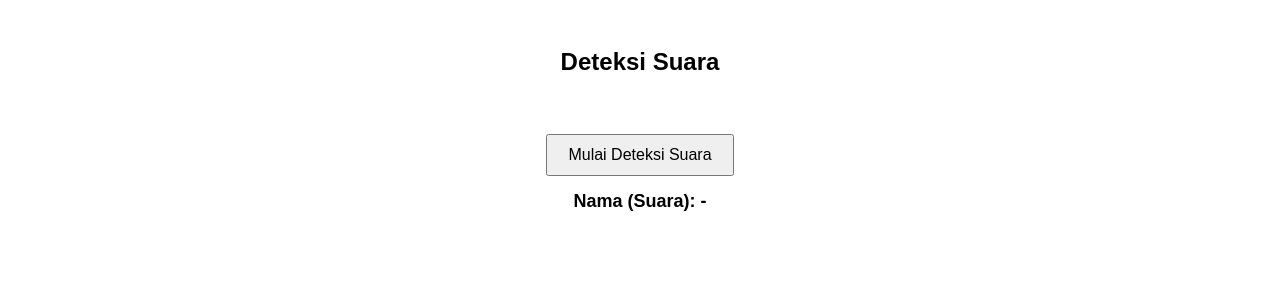
Repository: RalfyBawinto/working-teachable-machine
Page: model2.html
The author's editor kept a copy of each file at every save. The page is drawn from the files as they stood at one save, then again after the next save.
The browser window is 1280 px wide. The pictures show the whole page.

Above is the page before, as saved 2025-04-22 00:31:42.

### model2.html
<!DOCTYPE html>
<html lang="id">
  <head>
    <meta charset="UTF-8" />
    <meta name="viewport" content="width=device-width, initial-scale=1.0" />
    <title>Deteksi Suara</title>
    <style>
      body {
        font-family: Arial, sans-serif;
        text-align: center;
        padding: 20px;
      }
      .output {
        margin-top: 15px;
        font-size: 18px;
        font-weight: bold;
      }
      button {
        margin-top: 20px;
        padding: 10px 20px;
        font-size: 16px;
      }
    </style>
  </head>
  <body>
    <h2>Deteksi Suara</h2>

    <br />
    <button onclick="startAudioDetection()">Mulai Deteksi Suara</button>

    <div class="output" id="voice-output">Nama (Suara): -</div>

    <!-- TensorFlow.js -->
    <script src="https://cdn.jsdelivr.net/npm/@tensorflow/tfjs@3.21.0/dist/tf.min.js"></script>
    <script src="https://cdn.jsdelivr.net/npm/@teachablemachine/audio@0.8/dist/teachablemachine-audio.min.js"></script>

    <script>
      const voiceModelURL =
        "https://teachablemachine.withgoogle.com/models/S6mA-uAt0/";

      let audioModel;

      async function startAudioDetection() {
        try {
          // Memuat model suara yang baru
          audioModel = await tmAudio.load(
            voiceModelURL + "model.json",
            voiceModelURL + "metadata.json"
          );

          // Jalankan deteksi suara
          predictVoice();
        } catch (err) {
          console.error("Error:", err);
          alert("Gagal memuat model suara atau mikrofon tidak tersedia.");
        }
      }

      async function predictVoice() {
        try {
          await audioModel.listen(
            async () => {
              const prediction = await audioModel.predict();
              const highest = prediction.reduce(
                (max, p) => (p.probability > max.probability ? p : max),
                { probability: 0 }
              );
              document.getElementById(
                "voice-output"
              ).innerText = `Nama (Suara): ${highest.className} (${(
                highest.probability * 100
              ).toFixed(1)}%)`;
            },
            {
              probabilityThreshold: 0.85,
              overlapFactor: 0.5,
            }
          );
        } catch (err) {
          console.error("Gagal mendengarkan suara:", err);
          alert("Tidak dapat mengakses mikrofon atau memulai deteksi suara.");
        }
      }
    </script>
  </body>
</html>

After the next save:
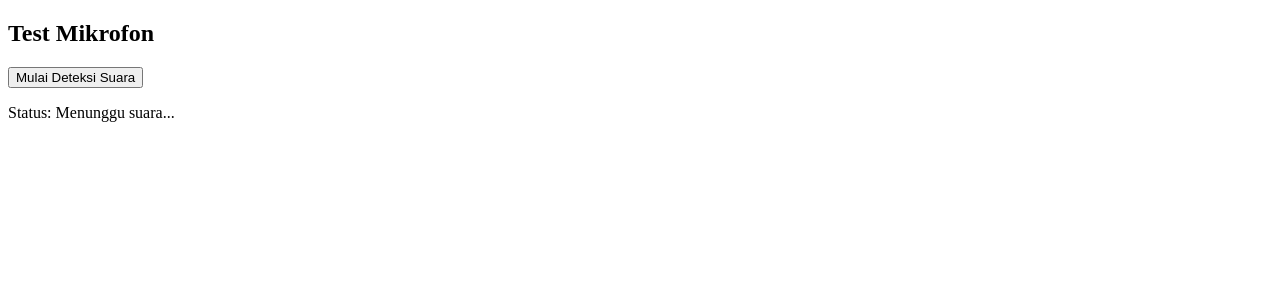
Saved 2 min 48 s later.
--- a/model2.html
+++ b/model2.html
@@ -3,82 +3,32 @@
   <head>
     <meta charset="UTF-8" />
     <meta name="viewport" content="width=device-width, initial-scale=1.0" />
-    <title>Deteksi Suara</title>
-    <style>
-      body {
-        font-family: Arial, sans-serif;
-        text-align: center;
-        padding: 20px;
-      }
-      .output {
-        margin-top: 15px;
-        font-size: 18px;
-        font-weight: bold;
-      }
-      button {
-        margin-top: 20px;
-        padding: 10px 20px;
-        font-size: 16px;
-      }
-    </style>
+    <title>Test Mikrofon</title>
   </head>
   <body>
-    <h2>Deteksi Suara</h2>
-
-    <br />
-    <button onclick="startAudioDetection()">Mulai Deteksi Suara</button>
-
-    <div class="output" id="voice-output">Nama (Suara): -</div>
-
-    <!-- TensorFlow.js -->
-    <script src="https://cdn.jsdelivr.net/npm/@tensorflow/tfjs@3.21.0/dist/tf.min.js"></script>
-    <script src="https://cdn.jsdelivr.net/npm/@teachablemachine/audio@0.8/dist/teachablemachine-audio.min.js"></script>
+    <h2>Test Mikrofon</h2>
+    <button onclick="startListening()">Mulai Deteksi Suara</button>
+    <p id="status">Status: Menunggu suara...</p>
 
     <script>
-      const voiceModelURL =
-        "https://teachablemachine.withgoogle.com/models/S6mA-uAt0/";
+      async function startListening() {
+        try {
+          const stream = await navigator.mediaDevices.getUserMedia({
+            audio: true,
+          });
+          const audioContext = new (window.AudioContext ||
+            window.webkitAudioContext)();
+          const analyser = audioContext.createAnalyser();
+          const source = audioContext.createMediaStreamSource(stream);
+          source.connect(analyser);
 
-      let audioModel;
-
-      async function startAudioDetection() {
-        try {
-          // Memuat model suara yang baru
-          audioModel = await tmAudio.load(
-            voiceModelURL + "model.json",
-            voiceModelURL + "metadata.json"
-          );
-
-          // Jalankan deteksi suara
-          predictVoice();
+          document.getElementById("status").innerText =
+            "Mikrofon aktif, mendeteksi suara...";
+          console.log("Mikrofon aktif");
         } catch (err) {
-          console.error("Error:", err);
-          alert("Gagal memuat model suara atau mikrofon tidak tersedia.");
-        }
-      }
-
-      async function predictVoice() {
-        try {
-          await audioModel.listen(
-            async () => {
-              const prediction = await audioModel.predict();
-              const highest = prediction.reduce(
-                (max, p) => (p.probability > max.probability ? p : max),
-                { probability: 0 }
-              );
-              document.getElementById(
-                "voice-output"
-              ).innerText = `Nama (Suara): ${highest.className} (${(
-                highest.probability * 100
-              ).toFixed(1)}%)`;
-            },
-            {
-              probabilityThreshold: 0.85,
-              overlapFactor: 0.5,
-            }
-          );
-        } catch (err) {
-          console.error("Gagal mendengarkan suara:", err);
-          alert("Tidak dapat mengakses mikrofon atau memulai deteksi suara.");
+          console.error("Gagal mengakses mikrofon:", err);
+          document.getElementById("status").innerText =
+            "Gagal mengakses mikrofon.";
         }
       }
     </script>
